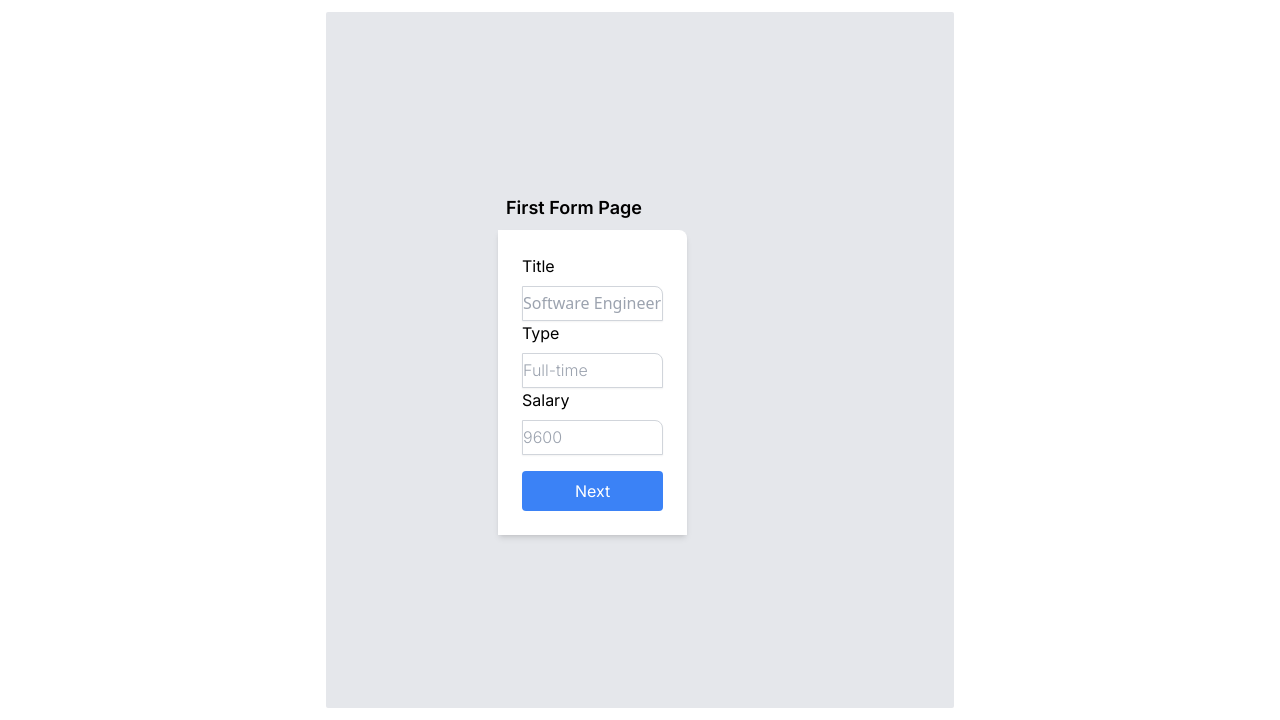
Repository: Abdibaye/Job-Sphere
Page: /form
These files come from the project's save history. The page is drawn as it stood at one moment and after the next save; the edit follows.
The browser window is 1280 px wide. The pictures show the whole page.
The project was rebuilt for these pictures with package versions that can differ from the ones it lists, and the page was loaded fresh each time. Also part of the build but not shown: vite.config.js, src/components/search.jsx, src/components/navbar.jsx, src/pages/descriptionpage.jsx, src/components/job.jsx, src/components/feed.jsx, src/components/saved.jsx, src/components/filter.jsx and 4 more.

Above is the page before, as saved 2025-02-23 02:18:46.

After the next save:
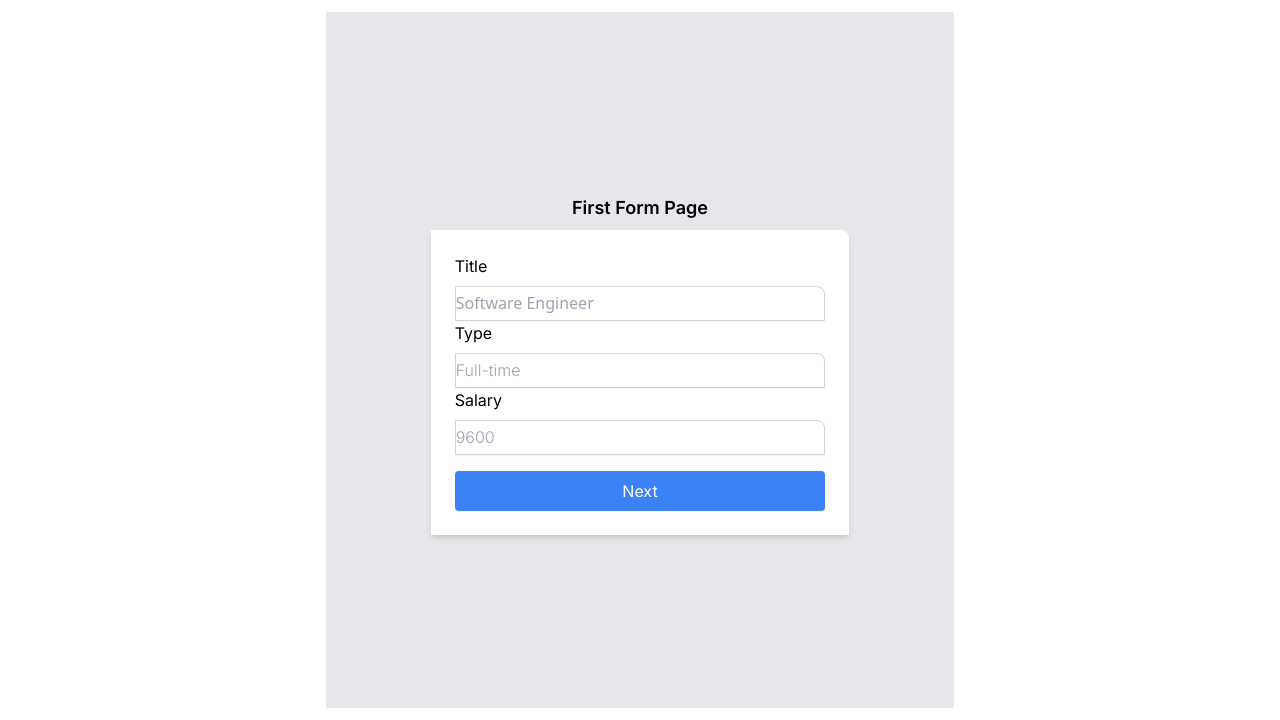
Saved 9 h 24 min later.
--- a/src/components/form.jsx
+++ b/src/components/form.jsx
@@ -23,7 +23,7 @@ function Form() {
   return (
     <div className="h-screen font-inter flex justify-center p-3">
       <div className="bg-gray-200 w-1/2 rounded-sm flex flex-col justify-center items-center">
-      {step === 0 && <section>
+
         <h1 className="m-2 font-semibold text-lg">First Form Page</h1>
           <form
           onSubmit={handleSubmit}
@@ -77,10 +77,7 @@ function Form() {
             Next
           </button>
         </form>
-        </section>}
-      {
-        step === 1 && <section> <div>hello</div></section>
-      }
+
       </div>
     </div>
   );
